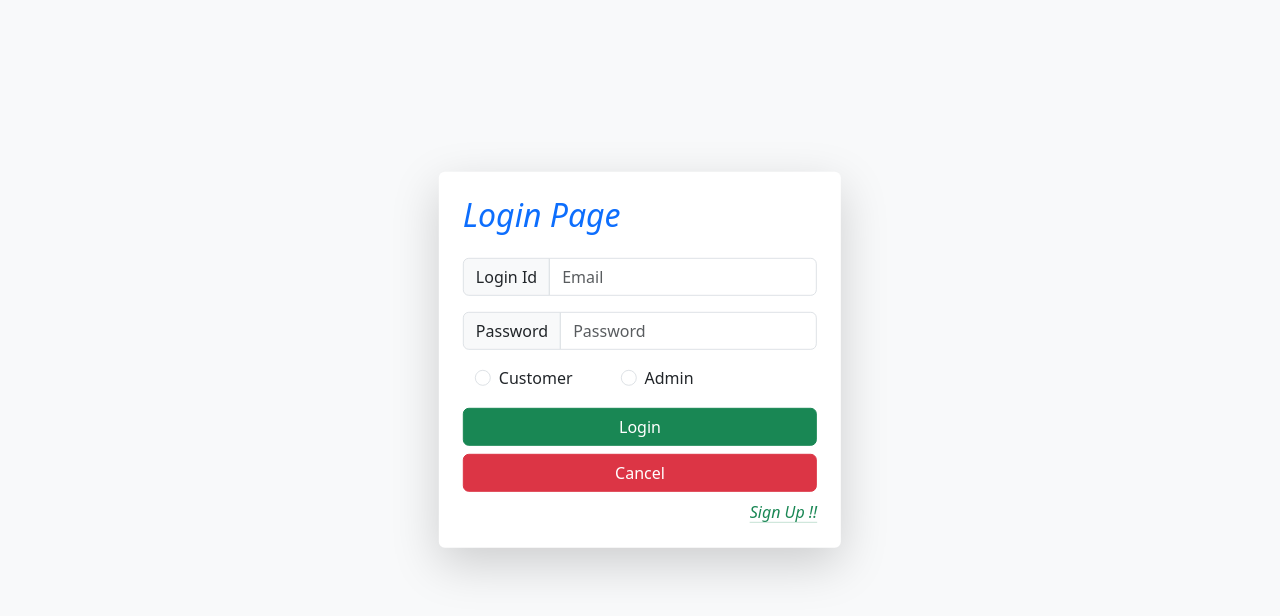
Repository: Niket-mishra/Dummy
Page: http://localhost/Mini-Project/Login.jsp
An editor plug-in stored every save of this project. The page is shown before and after the next save, followed by the edit.
The browser window is 1280 px wide. The pictures show the whole page.
The page is served by Tomcat 10.

Above is the page before, as saved 2024-05-07 17:06:05.

After the next save:
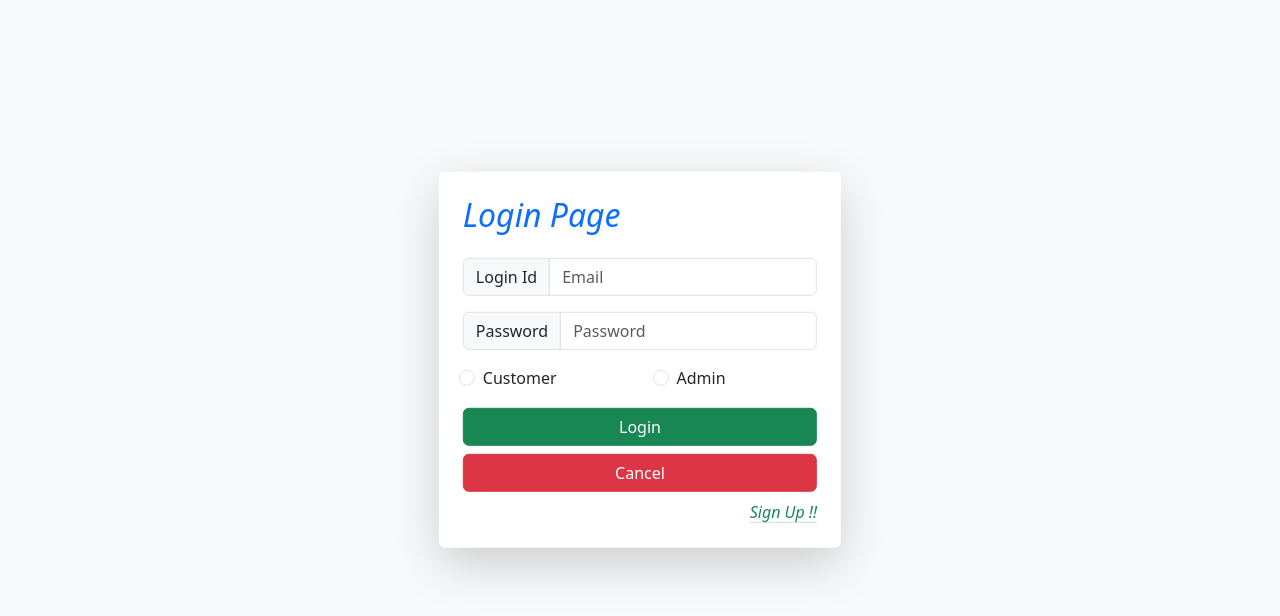
Saved 22 s later.
--- a/Mini-Project/src/main/webapp/Login.jsp
+++ b/Mini-Project/src/main/webapp/Login.jsp
@@ -22,11 +22,11 @@
   <input type="password" aria-label="password" class="form-control" placeholder="Password" required>
 </div>
 <div class = "row g-2 mb-3">
-  <div class="form-check col-auto pe-5 ms-3">
+  <div class="form-check col-auto pe-5">
     <input type="radio" class="form-check-input" id="validationFormCheck2" name="usertype" required>
     <label class="form-check-label" for="validationFormCheck2">Customer</label>
   </div>
-  <div class="form-check col-auto ">
+  <div class="form-check col-auto ms-5">
     <input type="radio" class="form-check-input" id="validationFormCheck3" name="usertype" required>
     <label class="form-check-label" for="validationFormCheck3">Admin</label>
     <div class="invalid-feedback">Select anyone to Login</div>
